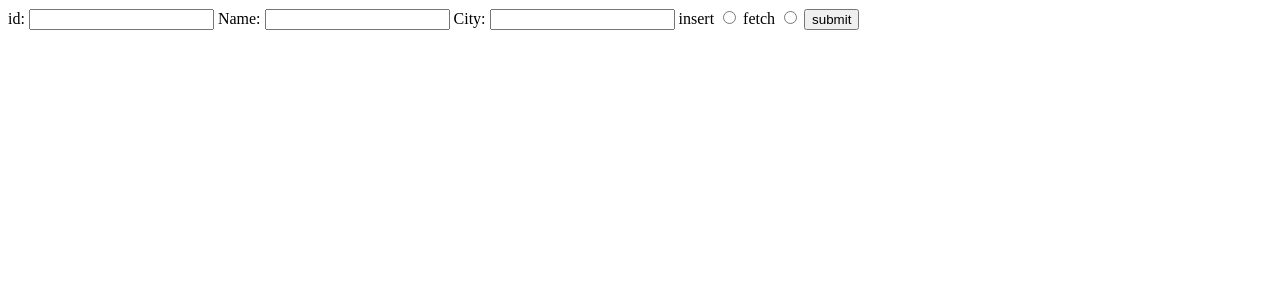
Repository: vish971-rx/Repo796
Page: http://localhost/FirstProject/
These files come from the project's save history. The page is drawn as it stood at one moment and after the next save; the edit follows.
The browser window is 1280 px wide. The pictures show the whole page.
The page is served by Tomcat 9.

Above is the page before, as saved 2019-11-06 13:37:55.

After the next save:
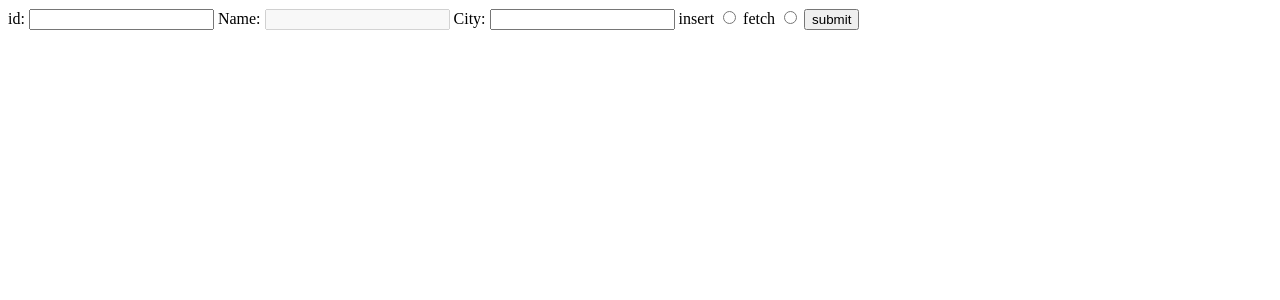
Saved 2 min 7 s later.
--- a/Hibernate/FirstProject/src/main/webapp/index.jsp
+++ b/Hibernate/FirstProject/src/main/webapp/index.jsp
@@ -29,7 +29,7 @@
 </script>
 <form method="post"  action="CustomerServlet">
 id: <input type="text" name="uid" >
-Name: <input type="text" name="name" id="text1">
+Name: <input type="text" name="name" id="text1" disabled="disabled">
 City: <input type="text" name="cname" id="text2">
 insert   <input type="radio" name="c1" value="insert" id="one">
 fetch    <input type="radio" name="c1" value="fetch" id="two" onclick="abc()">

After the save that followed:
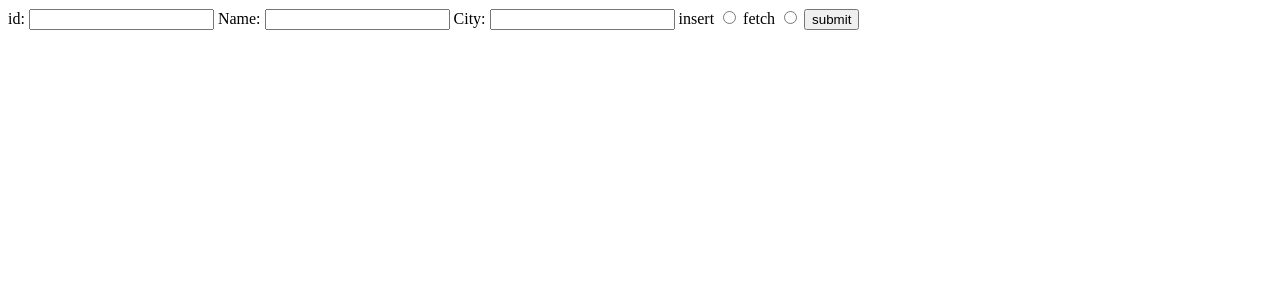
Saved 33 s later.
--- a/Hibernate/FirstProject/src/main/webapp/index.jsp
+++ b/Hibernate/FirstProject/src/main/webapp/index.jsp
@@ -22,14 +22,14 @@
 	var a = document.getElementById("two").values;
 	if(a=="fetch")
 	{
-		document.getElementById("text1").disabled=true;
-		document.getElementById("text2").disabled=true;
+		document.getElementById("text1").disabled="disabled";
+		document.getElementById("text2").disabled="disabled";
 	}
 }
 </script>
 <form method="post"  action="CustomerServlet">
 id: <input type="text" name="uid" >
-Name: <input type="text" name="name" id="text1" disabled="disabled">
+Name: <input type="text" name="name" id="text1">
 City: <input type="text" name="cname" id="text2">
 insert   <input type="radio" name="c1" value="insert" id="one">
 fetch    <input type="radio" name="c1" value="fetch" id="two" onclick="abc()">
